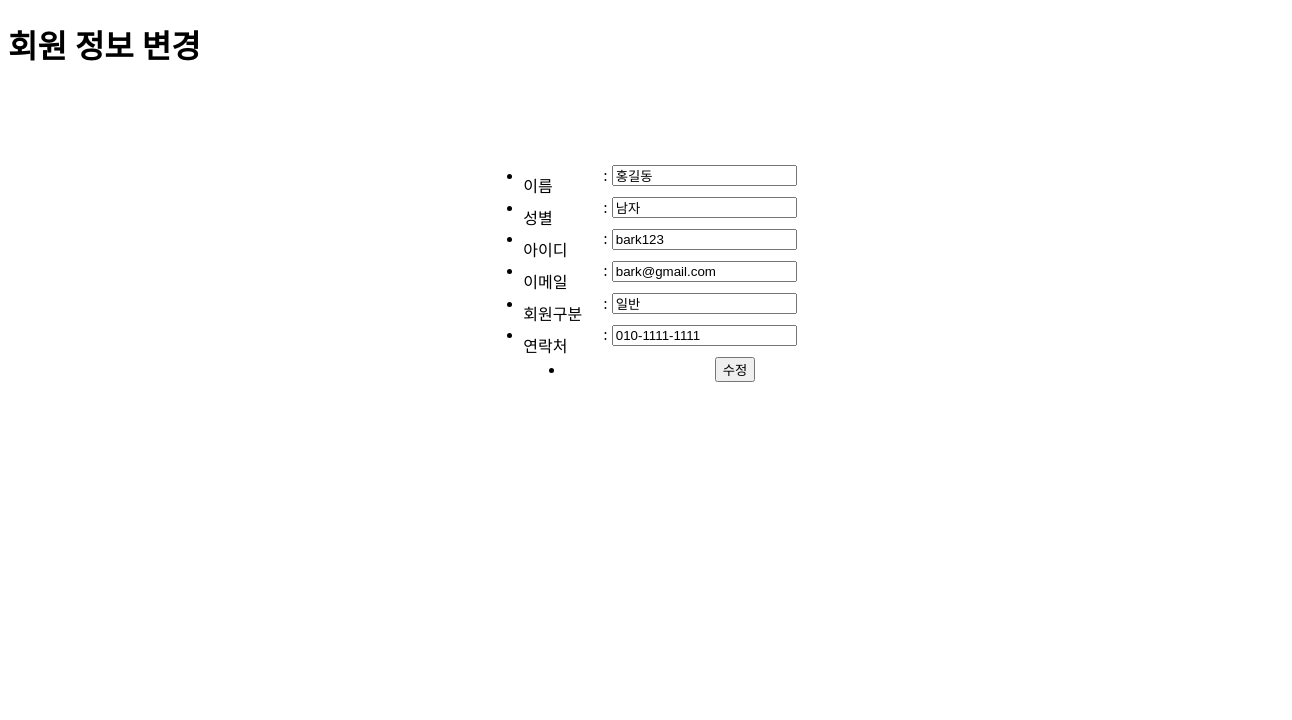
Repository: jngwk/Project-Bark
Page: http://localhost/Bark/include/userEditProfileFrm.jsp
An editor plug-in stored every save of this project. The page is shown before and after the next save, followed by the edit.
The browser window is 1280 px wide. The page is 1292 px wide, so the pictures cover 1292 px, including what lies to the right of the window. The pictures show the whole page.
The page is served by Tomcat 9. Other server files are loaded and not shown.

Above is the page before, as saved 2024-03-31 05:08:16.

### java_workspace/Bark/src/main/webapp/include/userEditProfileFrm.jsp
<%@ page language="java" contentType="text/html; charset=UTF-8"
    pageEncoding="UTF-8"%>
<%@ taglib prefix="c" uri="http://java.sun.com/jsp/jstl/core" %>
<!DOCTYPE html>
<html>
<head>
<meta charset="UTF-8">
<title>header</title>
<c:set var="contextPath" value="${pageContext.request.contextPath }"/>
<link rel="stylesheet" href="${contextPath }/css/userEditProfileFrm.css"/>
</head>
<!--  이름 성별 아이디 이메일 회원구분 연락처 연락처2-->
<body>
<div class="container">
	<h1 id="info_header">회원 정보 변경</h1>
		<div class = "main_info">
			<ul class = "info-list">
				<li><span class="label-text">이름</span> :
				<input class="profile readonly" type="text" data-text-content="true"
				value="홍길동" readonly></li>

				<li><span class="label-text">성별</span> :
				<input class="profile readonly" type="text" data-text-content="true"
				value="남자" readonly></li>

				<li><span class="label-text">아이디</span> :
				<input class="profile readonly" type="text" data-text-content="true"
				value="bark123" readonly></li>

				<li><span class="label-text">이메일</span> :
				<input class="profile" type="text" data-text-content="true"
				value="bark@gmail.com" ></li>

				<li><span class="label-text">회원구분</span> :
				<input class="profile readonly" type="text" data-text-content="true"
				value="일반" readonly></li>

				<li><span class="label-text">연락처</span> :
				<input class="profile1" type="text" data-text-content="true"
				value="010-1111-1111" ></li>
				<li class="align-right">
				<input type="submit" class="btn" value="수정" style="margin-left: 150px">
				</li>
			</ul>
		</div>
		</div>
</body>
</html>

### java_workspace/Bark/src/main/webapp/css/userEditProfileFrm.css
@charset "UTF-8";
.main_info {
    min-width:500px;
    display: flex;
    flex-direction: column;
    justify-content: center;
    align-items: center;
}
h1{
	padding-bottom: 60px;
}
.info-list {
    display: flex;
    flex-direction: column;
    justify-content: center;
    align-items: center;
    width: 100%;
}
.label-text {
	position: relative;
    width: 80px; /* 고정 너비 설정 */
    font-size: 16px !important;
    float: left;
    left: 0;
    padding-top: 8px;

}
.profile-info{
	position: relative;
	height: 40px;
	width: 60%;
	line-height: 35px;
	right: 0;
}
.form-element{
	height: 40px;
	padding-bottom: 40px;
	width: 100%;
	align-items: center;
}
.form-element input{
	float:right;
	font-size: 16px;
}
.main_info .edit-btn-area{
	text-align: center;
	padding: 20px 0;
}
.main_info .edit-btn{
	height: 60px;
	width: 300px;
	font-size: 20px;
}

After the next save:
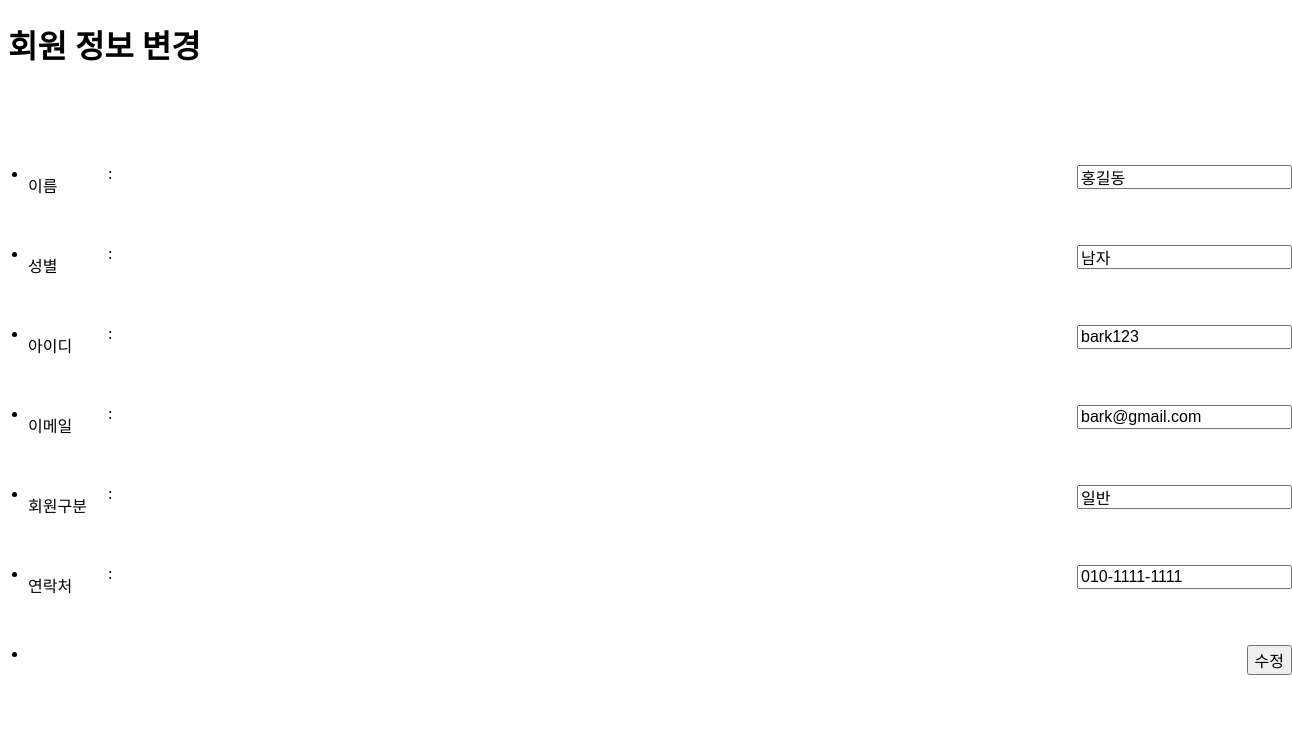
Saved 14 min 0 s later.
--- a/java_workspace/Bark/src/main/webapp/include/userEditProfileFrm.jsp
+++ b/java_workspace/Bark/src/main/webapp/include/userEditProfileFrm.jsp
@@ -15,30 +15,30 @@
 	<h1 id="info_header">회원 정보 변경</h1>
 		<div class = "main_info">
 			<ul class = "info-list">
-				<li><span class="label-text">이름</span> :
+				<li class="form-element"><span class="label-text">이름</span> :
 				<input class="profile readonly" type="text" data-text-content="true"
 				value="홍길동" readonly></li>
 
-				<li><span class="label-text">성별</span> :
+				<li class="form-element"><span class="label-text">성별</span> :
 				<input class="profile readonly" type="text" data-text-content="true"
 				value="남자" readonly></li>
 
-				<li><span class="label-text">아이디</span> :
+				<li class="form-element"><span class="label-text">아이디</span> :
 				<input class="profile readonly" type="text" data-text-content="true"
 				value="bark123" readonly></li>
 
-				<li><span class="label-text">이메일</span> :
+				<li class="form-element"><span class="label-text">이메일</span> :
 				<input class="profile" type="text" data-text-content="true"
 				value="bark@gmail.com" ></li>
 
-				<li><span class="label-text">회원구분</span> :
+				<li class="form-element"><span class="label-text">회원구분</span> :
 				<input class="profile readonly" type="text" data-text-content="true"
 				value="일반" readonly></li>
 
-				<li><span class="label-text">연락처</span> :
+				<li class="form-element"><span class="label-text">연락처</span> :
 				<input class="profile1" type="text" data-text-content="true"
 				value="010-1111-1111" ></li>
-				<li class="align-right">
+				<li class="form-element align-right">
 				<input type="submit" class="btn" value="수정" style="margin-left: 150px">
 				</li>
 			</ul>
